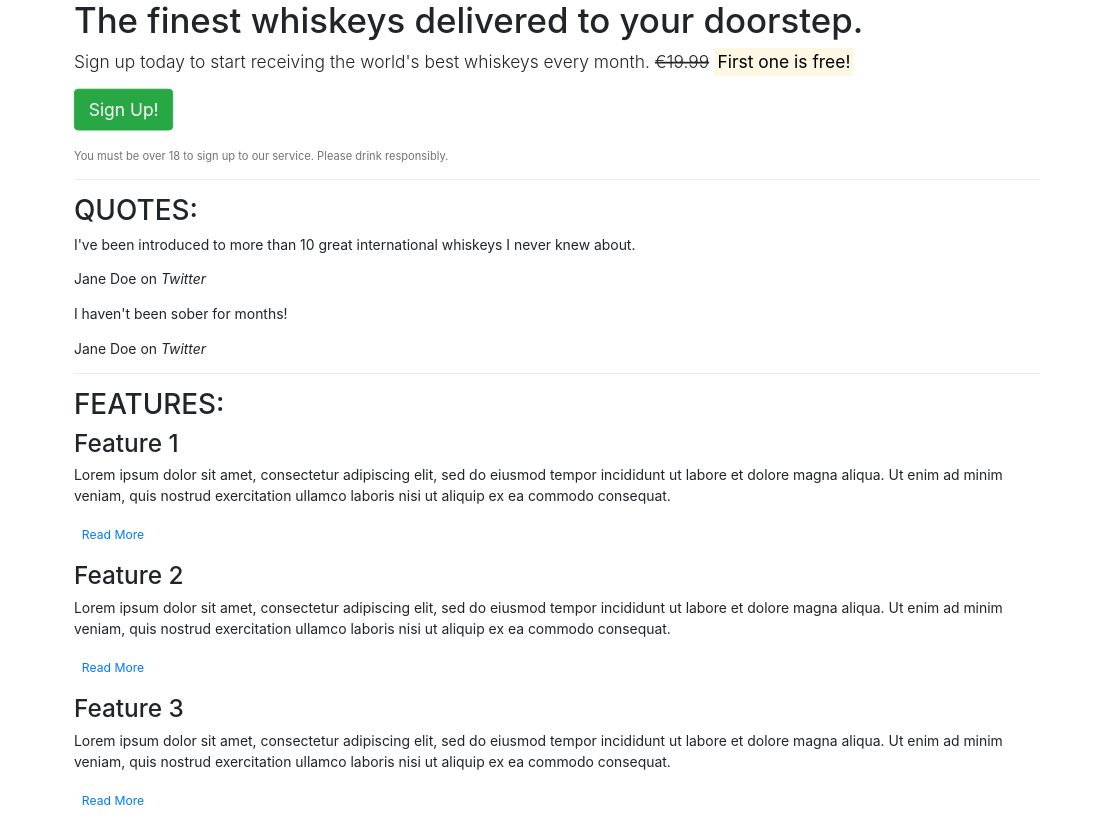
Repository: grisselfaura/BootstrappingYourNextBigIdea-BS4
Page: index.html
The author's editor kept a record of every edit. The page is drawn from the files as they stood at one moment, then again after the next edit.
The browser window is 1280 px wide. The pictures show the whole page, at 87% of full size.

Above is the page before.

After the next edit:
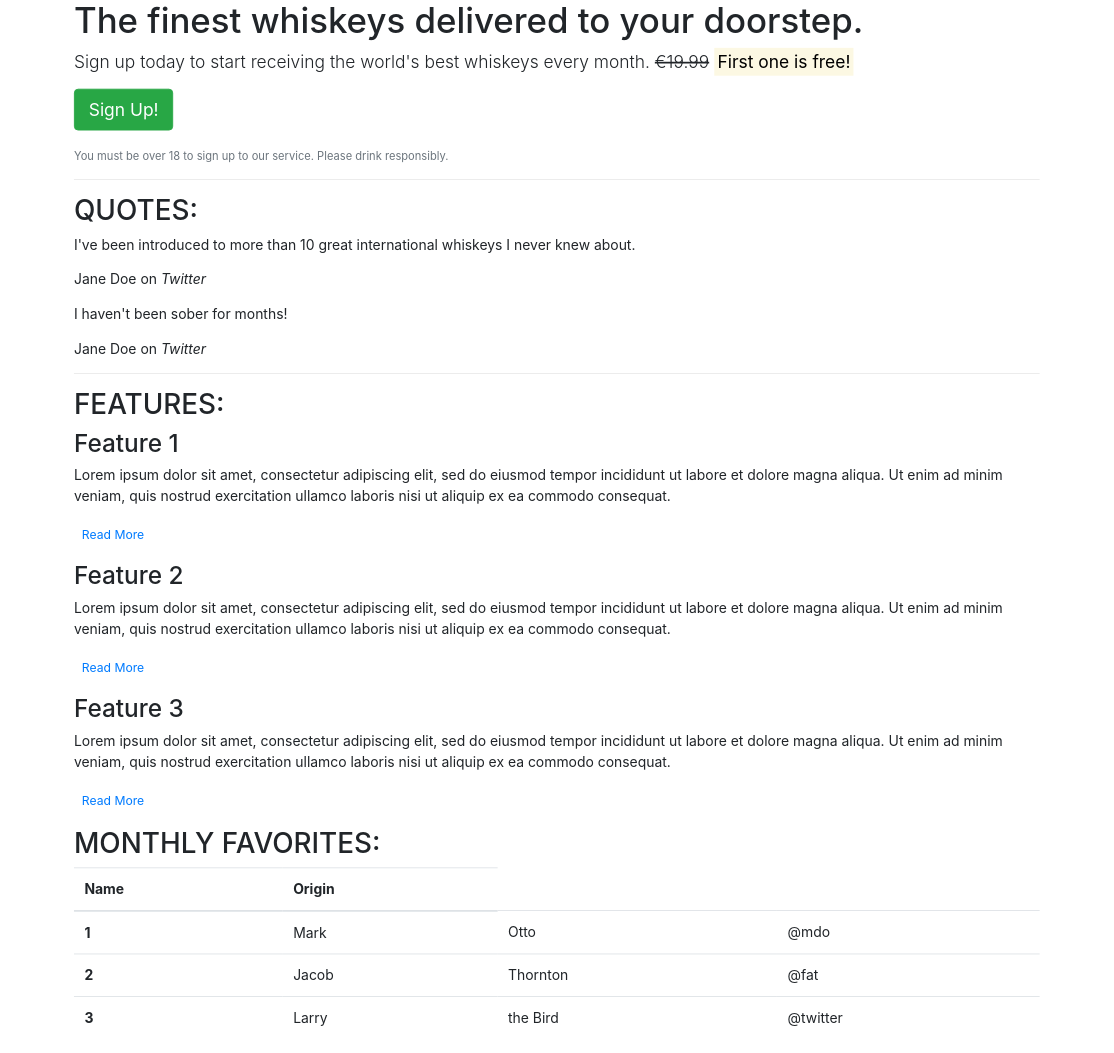
The edit:
--- a/index.html
+++ b/index.html
@@ -55,6 +55,37 @@
             </div>
         </section>
         <!-- /.features -->
+         <section class="Monthly favorites">
+             <h2 class="text-uppercase">Monthly favorites:</h2>
+             <table class="table">
+          <thead>
+            <tr>
+              <th scope="col">Name</th>
+              <th scope="col">Origin</th>
+            </tr>
+          </thead>
+          <tbody>
+            <tr>
+              <th scope="row">1</th>
+              <td>Mark</td>
+              <td>Otto</td>
+              <td>@mdo</td>
+            </tr>
+            <tr>
+              <th scope="row">2</th>
+              <td>Jacob</td>
+              <td>Thornton</td>
+              <td>@fat</td>
+            </tr>
+            <tr>
+              <th scope="row">3</th>
+              <td>Larry</td>
+              <td>the Bird</td>
+              <td>@twitter</td>
+            </tr>
+          </tbody>
+        </table>
+         </section>
     </article>
 </body>
 
